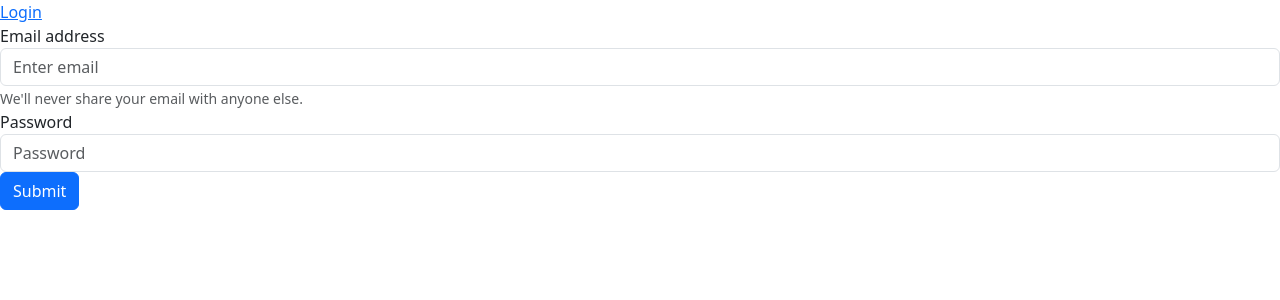
Repository: Vivek3072/webapp_shuniya_code.com
Page: /login
These files come from the project's save history. The page is drawn as it stood at one moment and after the next save; the edit follows.
The browser window is 1280 px wide. The pictures show the whole page.
The project was rebuilt for these pictures with package versions that can differ from the ones it lists, and the page was loaded fresh each time. Also part of the build but not shown: src/components/Singup.js, src/home/index.js. Imported but missing from the stored project, and not drawn on this page: src/axiosApi.

Above is the page before, as saved 2021-02-27 09:57:15.

After the next save:
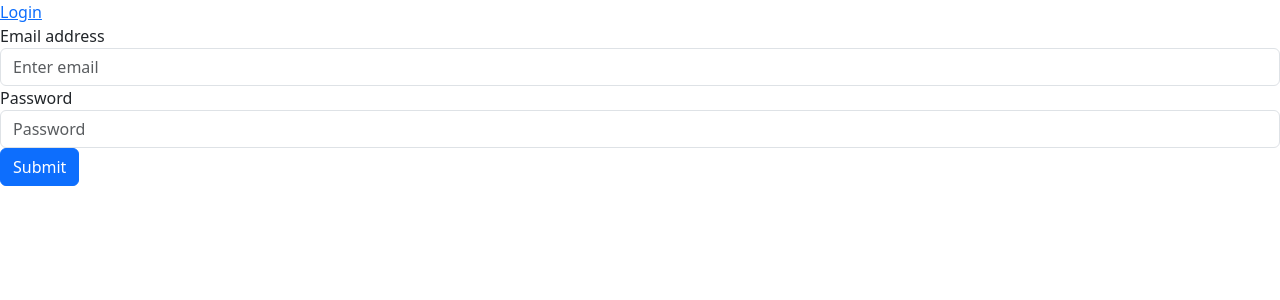
Saved 8 s later.
--- a/src/components/Login.js
+++ b/src/components/Login.js
@@ -76,9 +76,6 @@ class Login extends Component {
               value={this.state.username}
               onChange={this.handleChange}
             />
-            <small id="emailHelp" class="form-text text-muted">
-              We'll never share your email with anyone else.
-            </small>
           </div>
           <div class="form-group">
             <label for="exampleInputPassword1">Password</label>
